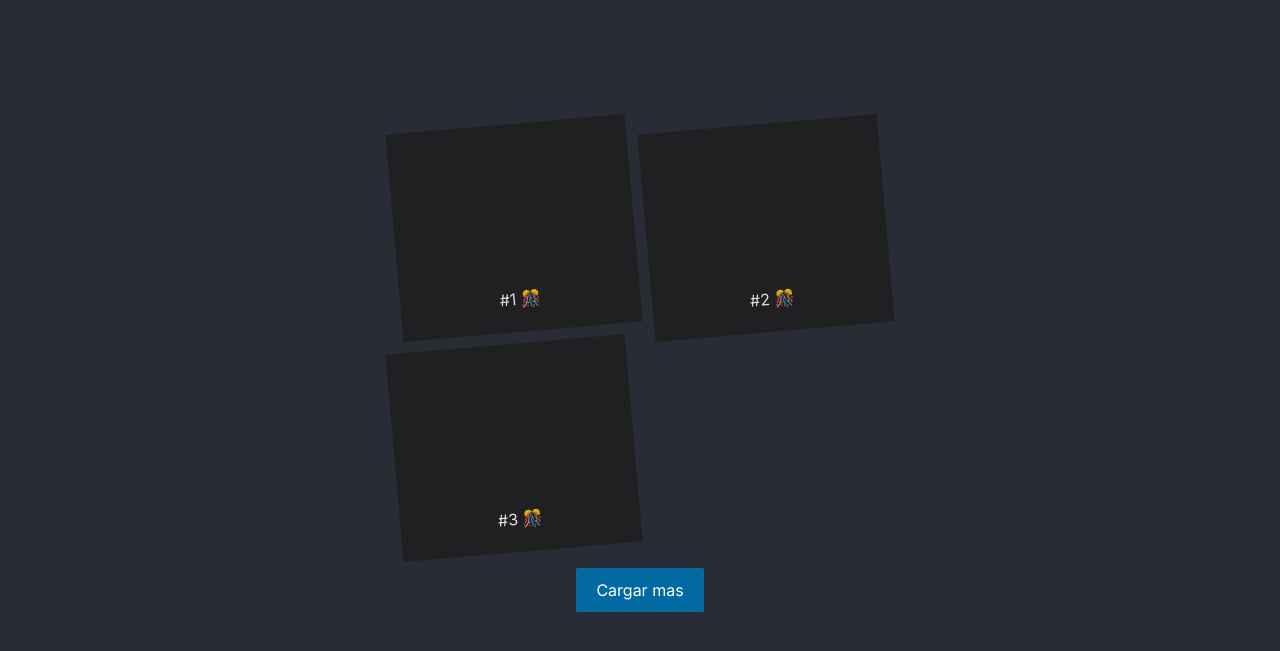
Repository: devsecops-node/simple-play
Page: /recomendations
The author's editor kept a copy of each file at every save. The page is drawn from the files as they stood at one save, then again after the next save.
The browser window is 1280 px wide. The pictures show the whole page.
The project was rebuilt for these pictures with package versions that can differ from the ones it lists, and the page was loaded fresh each time. The framework's server and built-in components were replaced by stand-ins that run in the browser. Also part of the build but not shown: next.config.mjs.

Above is the page before, as saved 2024-06-21 20:12:04.

### src/app/recomendations/page.tsx
"use client"
import React from 'react'
import Container from '../_components/Container'
import Card from '../_components/Card'
import styles from "../_styles/cards.module.css"
import { useState, useRef } from 'react'

export interface RecomendationUI2 {
  id: number
  recomenda: string
  imagen: string
}

const page = () => {
  const [hover, setHover] = useState(false);
  const [count, setCount] = useState(0)
  const recom: RecomendationUI2[] = [
    { id: 1, imagen: '/semaforo.jpg', recomenda: 'Cuando sonries, el mundo entero se detiene, porque no puedes verlo ⭐' },
    { id: 2, imagen: '/semaforo.jpg', recomenda: 'Si me preguntas que si te ves bien, diria que no hay nada que cambiaria, eres increible, tal como eres. Asi que si puedes' },
    { id: 3, imagen: '/semaforo.jpg', recomenda: 'Ya deja de preocuparte, recuerda que' }]

  const rightMove = () => {
    console.log(count)
    if (count < 0) {
      setCount(count + 1)
    }
    setCount(count + 1)
  }

  const leftMove = () => {
    console.log(count)
    if (count < 0) {
      setCount(count - 1)
    }
  }
  return (
    <Container>
      <div className={styles.container}>
        <div className={styles.cards}>
          {recom.map((dat) => (
            <Card key={dat.id} recomenda={dat} />
          ))}
        </div>

      </div>
      <p className={`self-center z-10 transition-all duration-150 tracking-tighter text-[15px] font-bold  ${(count % 3 === 0 && count > 0) ? 'block' : 'hidden'}`}>No se puede <span className='text-red-500'>Cargar Mas</span> si no haces click</p>
      <button
        onMouseEnter={() => rightMove()}
        onTouchStart={() => rightMove()}
        className={`px-1 py-1 bg-sky-700 rounded-sm ${styles.animation_button}  ${(count % 3 === 0) ? styles.midle : (count % 2 === 0) ? styles.start : styles.final}`}
      >
        Cargar mas
      </button>
    </Container>
  )
}

export default page

### src/app/globals.css
@tailwind base;
@tailwind components;
@tailwind utilities;

:root {
  --foreground-rgb: 0, 0, 0;
  --background-start-rgb: 214, 219, 220;
  --background-end-rgb: 255, 255, 255;
}

@media (prefers-color-scheme: dark) {
  :root {
    --foreground-rgb: 255, 255, 255;
    --background-start-rgb: 0, 0, 0;
    --background-end-rgb: 0, 0, 0;
  }
}

body {
  color: rgb(var(--foreground-rgb));
  background: linear-gradient(to bottom,
      transparent,
      rgb(var(--background-end-rgb))) rgb(var(--background-start-rgb));
}

@layer utilities {
  .text-balance {
    text-wrap: balance;
  }
}

input {
  color: black;
  padding: 3px 5px;
  border-radius: 0.125rem;
  -webkit-border-radius: 0.125rem;
  -moz-border-radius: 0.125rem;
  -ms-border-radius: 0.125rem;
  -o-border-radius: 0.125rem;
  font-size: 15px;
  border: none;
}

input[type=text]:focus {
  outline: 2px solid #0284c7;
}
/* Resource for Card */

### src/app/_components/Container.tsx
import React from 'react'

const Container = ({ children }: { children: React.ReactNode }) => {
  return (
    <div className='bg-[#282c34] h-screen text-white flex flex-col items-center justify-center'>
      {children}
    </div>
  )
}

export default Container

### src/app/_components/Card.tsx
"use client"
import React, { useState } from 'react'
import styles from "../_styles/cards.module.css"
import { RecomendationUI2 } from '../recomendations/page'

// h-[120px] w-[200px] cursor-pointer p-4 rounded-md bg-white shadow-md text-black transition-all duration-150 hover:scale-105
const Card = ({ recomenda }: { recomenda: RecomendationUI2 }) => {
  const [status, setStatus] = useState(false)
  return (
    <div className={styles.card} onMouseEnter={() => setStatus(true)} onMouseLeave={() => setStatus(false)}>
      <img src={`${recomenda.imagen}`} alt="not founf" className={styles.imagen} />
      <h2 className={styles.card_title}>#{recomenda.id} 🎊</h2>
      {status ? (<p className={styles.texto}>{recomenda.recomenda}</p>) : null}
    </div>
  )
}

export default Card

### src/app/_styles/cards.module.css
.container {
  /* width: 100%; */
  padding: 1rem 0;
  display: grid;
  place-content: center;

  .cards {
    display: grid;
    grid-template-columns: repeat(2, 1fr);
    gap: 0.75rem;
    pointer-events: none;
  }
}

.card {
  position: relative;
  z-index: 10;
  height: 13rem;
  width: 15rem;
  color: #ffffffda;
  padding: 1.5rem;
  background-color: #202022;
  pointer-events: auto;
  opacity: 1;
  transition: all 0.5s ease-in-out;
  display: flex;
  justify-items: center;
  align-items: center;
  flex-direction: column;
  -webkit-transition: all 0.5s ease-in-out;
  -moz-transition: all 0.5s ease-in-out;
  -ms-transition: all 0.5s ease-in-out;
  -o-transition: all 0.5s ease-in-out;
  transform: rotate(-5deg);
}

.imagen{
  z-index: 0;
  opacity: 0;
}

@media(max-width:720px){
  .card{
    min-height: 8rem;
    width: 10rem;
    overflow-y: scroll;
  }
  .texto{
    letter-spacing: -0.05em;
    font-size: 12px;
  }
}

.card:hover {
  transform: scale(1.2);
  -webkit-transform: scale(1.2);
  -moz-transform: scale(1.2);
  -ms-transform: scale(1.2);
  -o-transform: scale(1.2);
  border: 1px solid wheat;
  z-index: 10;
}
.card_title{
  margin: auto 0;
}
.animation_button{
  padding: 10px 20px;
  font-size: 16px;
  cursor: pointer;
  position: relative;
  transition: transform 0.5s ease;
  -webkit-transition: transform 0.5s ease;
  -moz-transition: transform 0.5s ease;
  -ms-transition: transform 0.5s ease;
  -o-transition: transform 0.5s ease;
}
.animation_button {
  transition: all 0.5s ease-in-out;
  align-self: center;
  -webkit-transition: all 0.5s ease-in-out;
  -moz-transition: all 0.5s ease-in-out;
  -ms-transition: all 0.5s ease-in-out;
  -o-transition: all 0.5s ease-in-out;
}
.start{
  align-self: flex-start;
  background-color: red;
}
.middle{
  align-self: center;
  background-color: blue;
}
.final{
  align-self: self-end;
  background-color: green;
}

Loaded but not shown: src/app/layout.tsx (common file); tailwind.config.ts (common file)

After the next save:
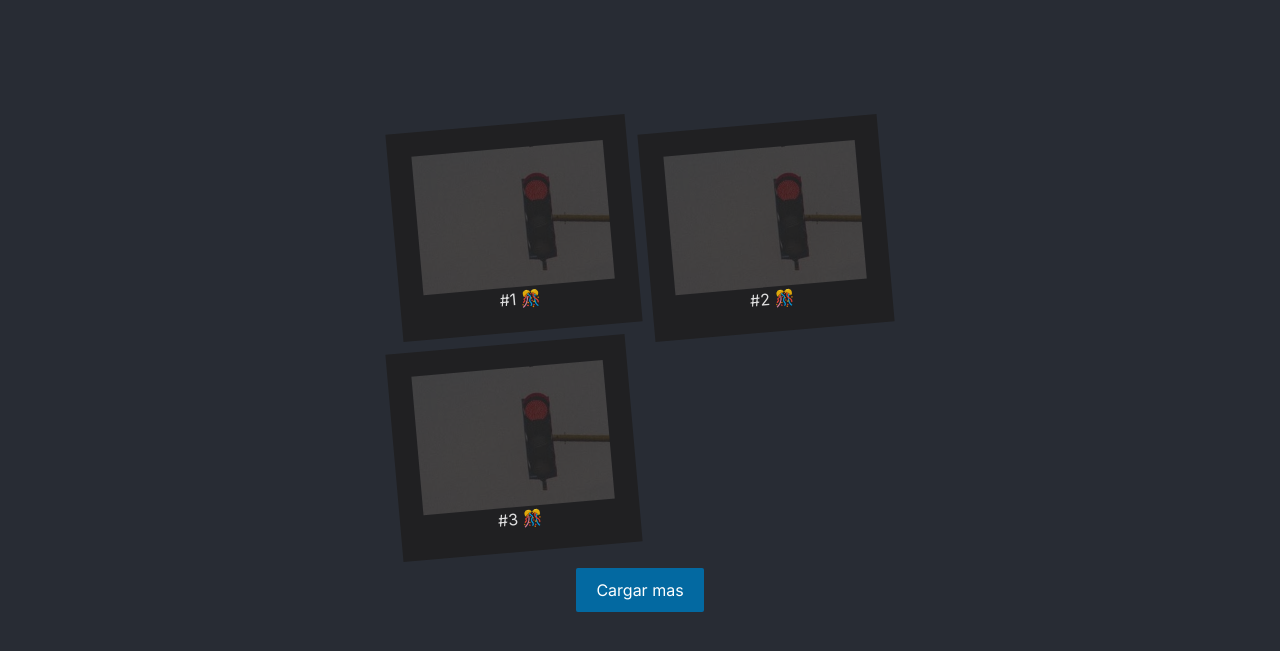
Saved 8 s later.
--- a/src/app/_styles/cards.module.css
+++ b/src/app/_styles/cards.module.css
@@ -36,7 +36,7 @@
 
 .imagen{
   z-index: 0;
-  opacity: 0;
+  opacity: 0.2;
 }
 
 @media(max-width:720px){
